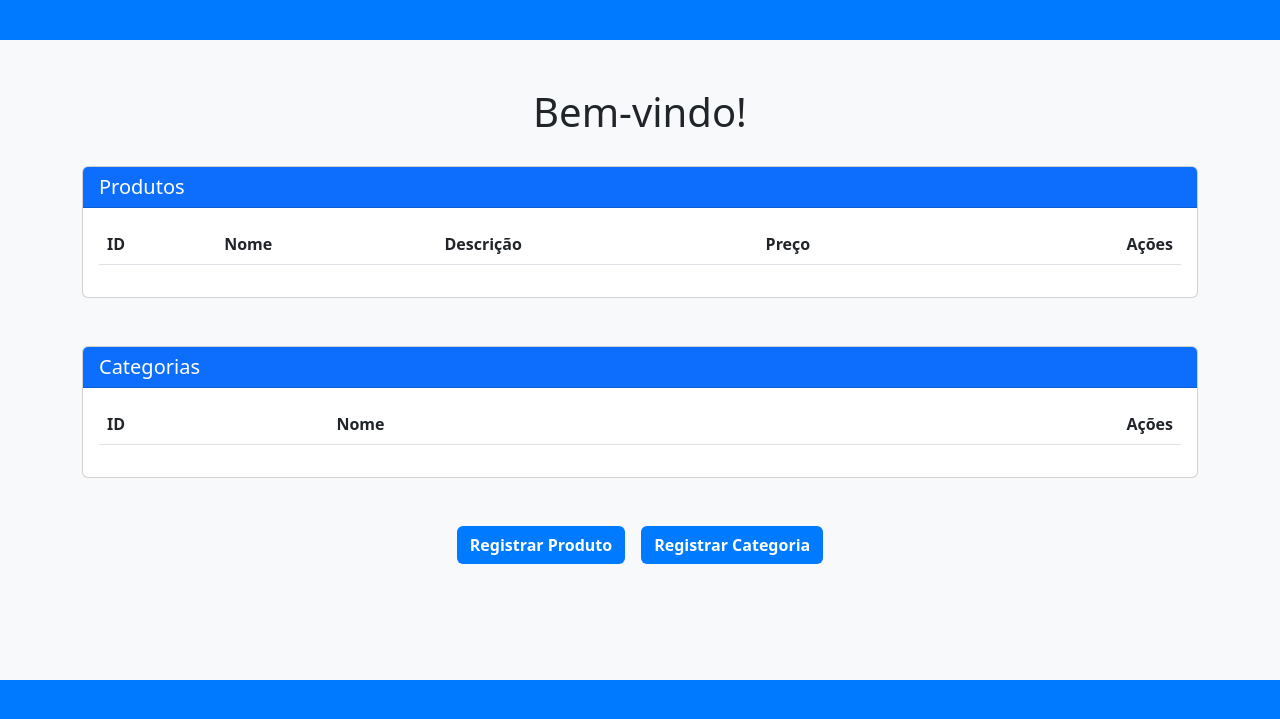
Repository: Gugalzg/sistema-cadastro
Page: http://localhost/index
The author's editor kept a copy of each file at every save. The page is drawn from the files as they stood at one save, then again after the next save.
The browser window is 1280 px wide. The pictures show the whole page.
The page is this project's Thymeleaf template; nobody is signed in. The template is opened directly, without the code that normally fills it, so the values that code supplies are empty.

Above is the page before, as saved 2025-01-03 14:13:07.

After the next save:
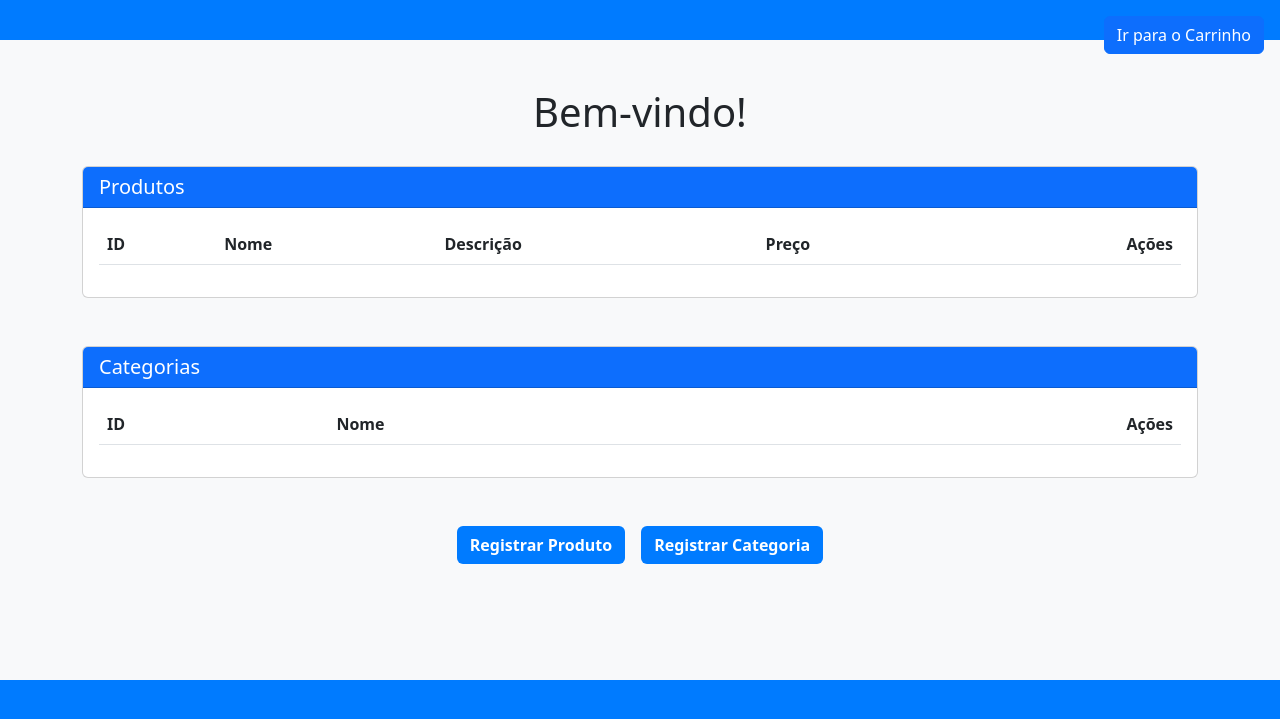
Saved 4 min 51 s later.
--- a/demo/src/main/resources/templates/index.html
+++ b/demo/src/main/resources/templates/index.html
@@ -144,6 +144,11 @@
             </div>
         </div>
 
+		<!-- Botão para abrir a tela do carrinho no canto superior direito -->
+		  <div class="position-absolute top-0 end-0 p-3">
+	         <a href="/cart" class="btn btn-primary">Ir para o Carrinho</a>
+        </div>
+
         <!-- Botões de ação -->
         <div class="d-flex justify-content-center mt-5">
             <a href="/products/register" class="btn btn-blue me-3">Registrar Produto</a>
